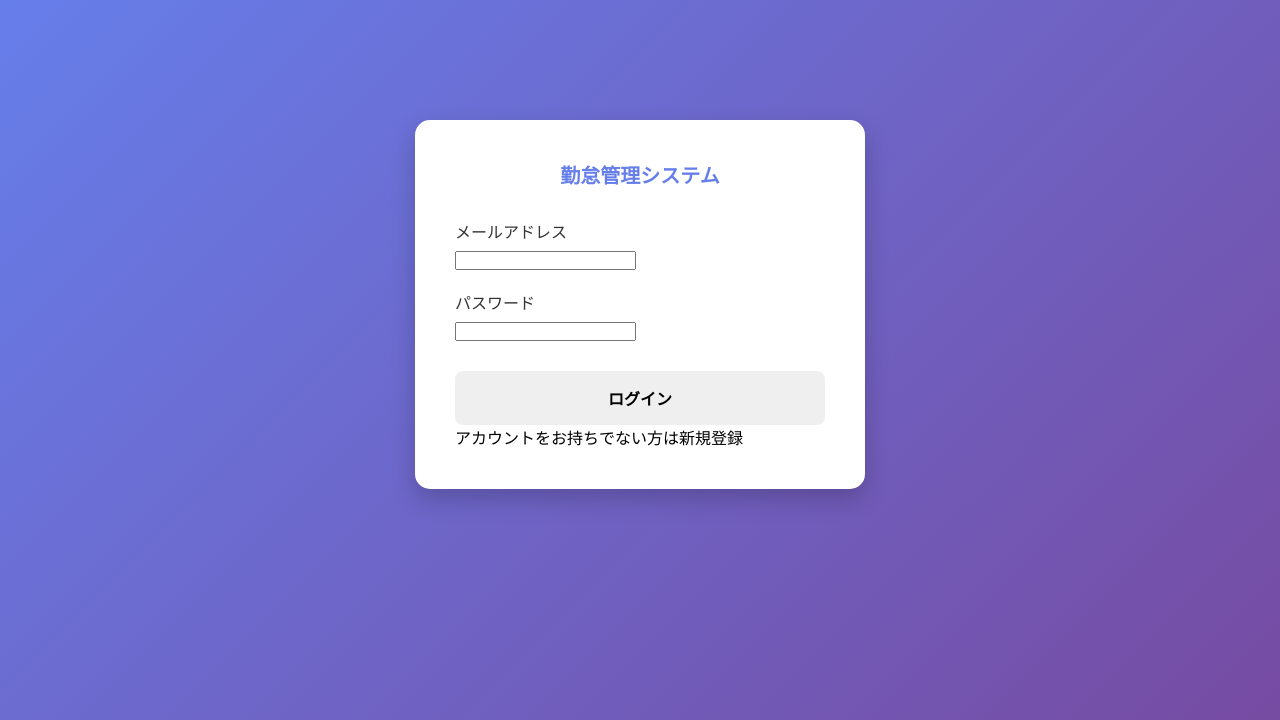
Repository: 04bit/WEB_HCJ
Page: index.html
These files come from the project's save history. The page is drawn as it stood at one moment and after the next save; the edit follows.
The browser window is 1280 px wide. The pictures show the whole page.

Above is the page before, as saved 2025-11-25 15:25:33.

After the next save:
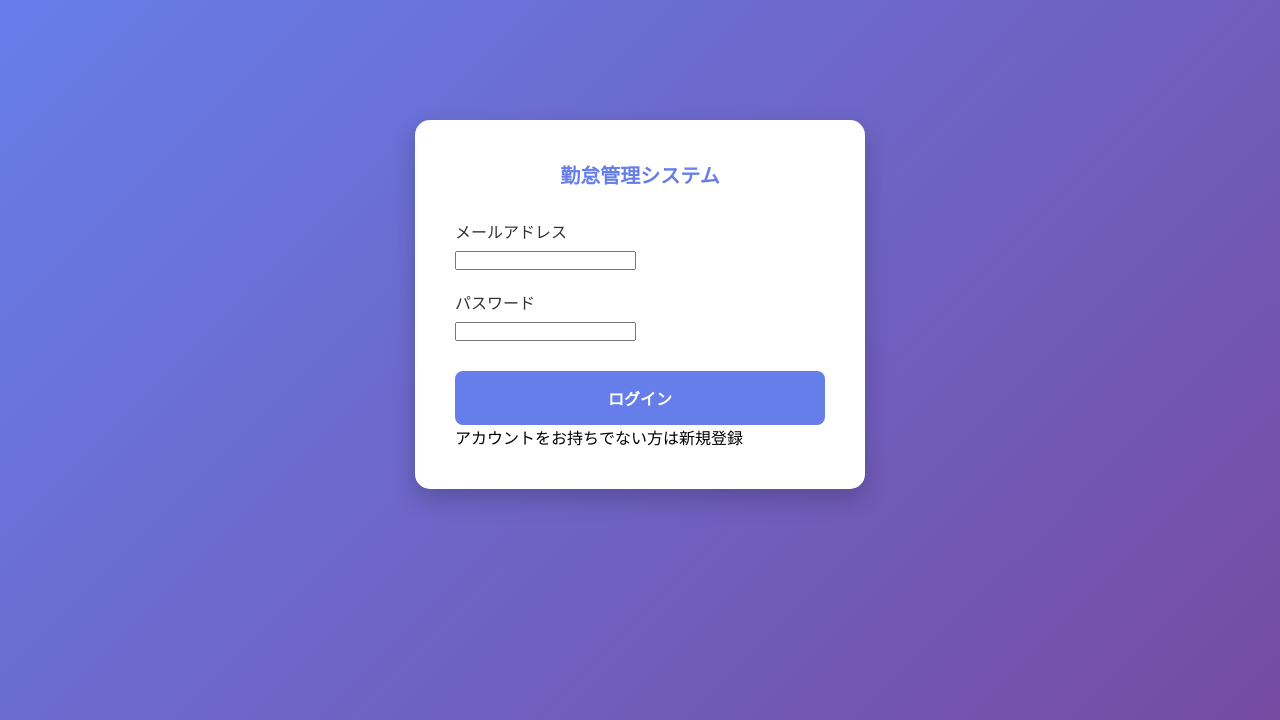
Saved 64 s later.
--- a/style.css
+++ b/style.css
@@ -51,3 +51,8 @@ body {
     transition: all 0.3s;
     margin-top: 10px;
 }
+
+.btn-primary {
+    background: #667eea;
+    color: white;
+}
